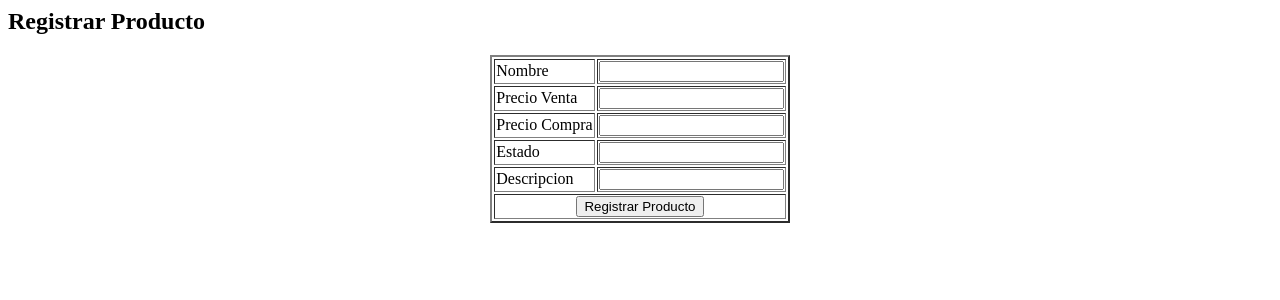
Repository: stephaniee04/LPII_CL2_eusebiogarrostephanie
Page: http://localhost/LPII_CL2_EUSEBIOGARROSTEPHANIE/RegistrarProductos.jsp
These files come from the project's save history. The page is drawn as it stood at one moment and after the next save; the edit follows.
The browser window is 1280 px wide. The pictures show the whole page.
The page is served by Tomcat 9. Other server files are loaded and not shown.

Above is the page before, as saved 2024-06-22 23:37:46.

### LPII_CL2_EUSEBIOGARROSTEPHANIE/src/main/webapp/RegistrarProductos.jsp
<html>
<body>
<h2>Registrar Producto</h2>

<form action="ControladorProducto" method="post">
<table border="2" align="center">
<tr>
<td>Nombre</td>
<td><input type="text" name="nombre"></td>
</tr>
<tr>
<td>Precio Venta</td>
<td><input type="number" name="precioVenta"></td>
</tr>
<tr>
<td>Precio Compra</td>
<td><input type="number" name="precioCompra"></td>
</tr>
<tr>
<td>Estado</td>
<td><input type="text" name="estado"></td>
</tr>
<tr>
<td>Descripcion</td>
<td><input type="text" name="descripcion"></td>
</tr>

<tr>
<td colspan="2"  align="center" >
<input type="submit" value="Registrar Producto">
</td>
</tr>
</table>
</form>
</body>
</html>

After the next save:
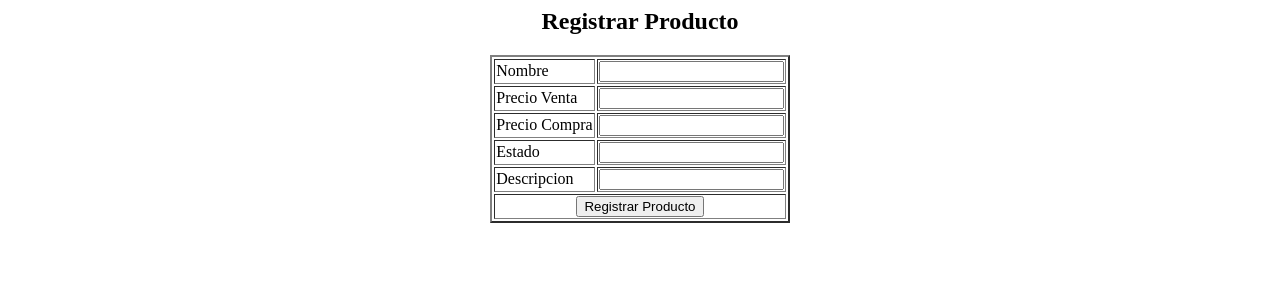
Saved 78 s later.
--- a/LPII_CL2_EUSEBIOGARROSTEPHANIE/src/main/webapp/RegistrarProductos.jsp
+++ b/LPII_CL2_EUSEBIOGARROSTEPHANIE/src/main/webapp/RegistrarProductos.jsp
@@ -1,6 +1,6 @@
 <html>
 <body>
-<h2>Registrar Producto</h2>
+<h2 align="center">Registrar Producto</h2>
 
 <form action="ControladorProducto" method="post">
 <table border="2" align="center">
